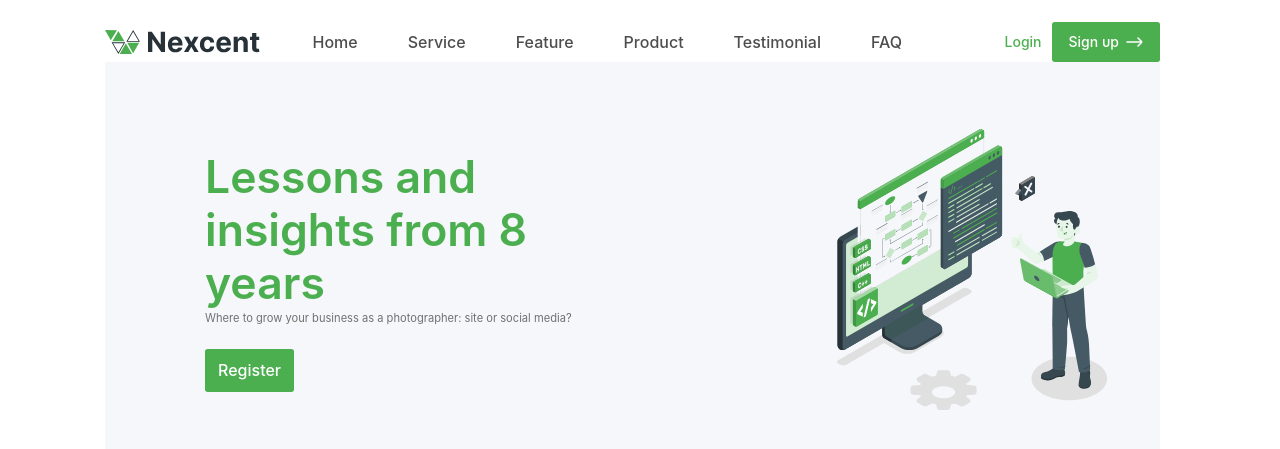
Repository: kubrazamanova/Folder4
Page: homePage/index.html
The author's editor kept a copy of each file at every save. The page is drawn from the files as they stood at one save, then again after the next save.
The browser window is 1280 px wide. The pictures show the whole page.

Above is the page before, as saved 2023-11-11 11:44:08.

### homePage/index.html
<!DOCTYPE html>
<html lang="en">
  <head>
    <meta charset="UTF-8" />
    <meta name="viewport" content="width=device-width, initial-scale=1.0" />
    <link rel="stylesheet" href="index.css" />
    <title>Document</title>
  </head>
  <body>

    <div class="container">
      <nav>
        <img src="../images/Logo.svg" alt="">
        <ul>

          <li>
            <a href="#">Home</a>
          </li>

          <li>
            <a href="#">Service</a>
          </li>
          <li>
            <a href="#">Feature</a>
          </li>

          <li>
            <a href="#">Product</a>
          </li>

          <li>
            <a href="#">Testimonial</a>
          </li>

          <li>
            <a href="#">FAQ</a>
          </li>

        </ul>
        <div class="buttons-box">
            <button class="login-btn">
                <a href="">Login</a>
            </button>
            <button class="signup-btn">
                <a href="#">Sign up</a>
                <svg xmlns="http://www.w3.org/2000/svg" width="17" height="10" viewBox="0 0 17 10" fill="none">
                    <path d="M12 9L15.2929 5.70711C15.6834 5.31658 15.6834 4.68342 15.2929 4.29289L12 1M15 5L1 5" stroke="white" stroke-width="1.5" stroke-linecap="round"/>
                    </svg>
            </button>
        </div>
      </nav>

      <div class="box2">
        <div class="left-side">
          <h1>Lessons and insights from 8 years</h1>
          <h2>
            Where to grow your business as a photographer: site or social media?
          </h2>
          <a href="#">Register</a>
        </div>

        <div class="right-side">
          <img src="../images/Illustration.svg" alt="" />
        </div>
      </div>
    </div>
  </body>
</html>

### homePage/index.css
* {
  margin: 0;
  padding: 0;
  box-sizing: border-box;
}

.container {
  min-height: 100vh;
  padding: 22px 120px 96px 105px;
}
.container nav{
  display: flex;
  align-items: center;
justify-content: space-between;
}
.container nav ul {
  display: flex;
  align-items: center;
}

.container nav ul li {
  list-style-type: none;
  margin-right: 50px;
}

.container nav ul li a {
  color: var(--neutral-d-grey, #4d4d4d);
  text-align: center;
  font-family: Inter;
  font-size: 16px;
  font-style: normal;
  font-weight: 500;
  line-height: 24px;
  text-decoration: none;
}

.container nav .buttons-box{
  display: flex;
  align-items: center;
}
.container nav button{
  border: none;
  background: none;
}
.container nav .login-btn a{
  color: var(--brand-primary, #4CAF4F);
text-align: center;
font-feature-settings: 'salt' on, 'clig' off, 'liga' off;

/* Label / Medium Label */
font-family: Inter;
font-size: 14px;
font-style: normal;
font-weight: 500;
line-height: 20px; /* 142.857% */
text-decoration: none;
}
.container nav .signup-btn{
  padding: 10px 17px;
  margin-left: 10px;
  background-color: #4CAF4F;
  display: flex;
  align-items: center;
  border-radius: 2.784px;

}
.container nav .signup-btn a{
  margin-right: 7px;
  color: var(--default-white, #FFF);
text-align: center;
font-feature-settings: 'salt' on, 'clig' off, 'liga' off;

/* Label / Medium Label */
font-family: Inter;
font-size: 14px;
font-style: normal;
font-weight: 500;
line-height: 20px; /* 142.857% */
text-decoration: none;
}

.container .box2 {
  display: flex;
  justify-content: space-between;
  align-items: center;
  padding: 66px 52px 66px 100px;
  background: var(--neutral-silver, #f5f7fa);
}

.container .box2 .left-side h1 {
  width: 450px;
  /* display: block;
    margin-top: 111px; */
  color: var(--neutral-d-grey, #4d4d4d);
  font-family: Inter;
  font-size: 44.548px;
  font-style: normal;
  font-weight: 600;
  line-height: 52.901px;
  color: var(--brand-primary, #4caf4f);
  font-family: Inter;
  font-size: 44.548px;
  font-style: normal;
  font-weight: 600;
  line-height: 52.901px;
  align-self: stretch;
}

.container .box2 .left-side h2 {
  /* display: flex;
     margin-bottom: 120px; */
  color: var(--neutral-grey, #717171);
  font-family: Inter;
  font-size: 11.137px;
  font-style: normal;
  font-weight: 400;
  line-height: 16.706px;
  margin-bottom: 22px;
}

.container .box2 .left-side a {
  width: 89px;
  text-decoration: none;
  color: var(--neutral-white, #fff);
  text-align: center;
  font-family: Inter;
  font-size: 16px;
  font-style: normal;
  font-weight: 500;
  line-height: 24px;
  display: flex;
  padding: 9.745px 22.274px;
  justify-content: center;
  align-items: center;
  gap: 6.961px;
  border-radius: 2.784px;
  background: var(--brand-primary, #4caf4f);
}

.container .box2 .right-side img {
  width: 272.163px;
  height: 283.3px;
}

After the next save:
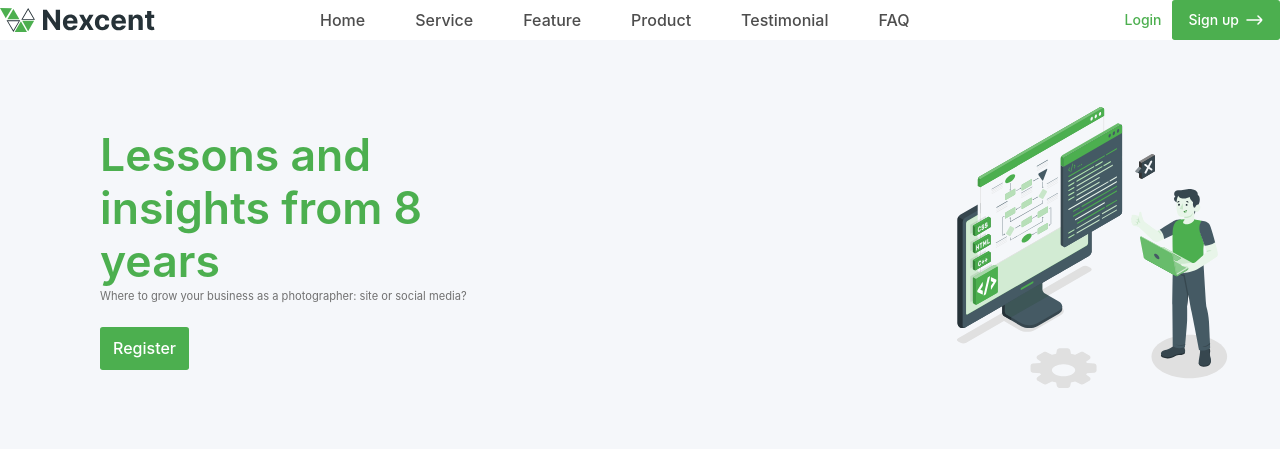
Saved 17 s later.
--- a/homePage/index.css
+++ b/homePage/index.css
@@ -6,7 +6,7 @@
 
 .container {
   min-height: 100vh;
-  padding: 22px 120px 96px 105px;
+  /* padding: 22px 120px 96px 105px; */
 }
 .container nav{
   display: flex;

After the 2 saves that followed:
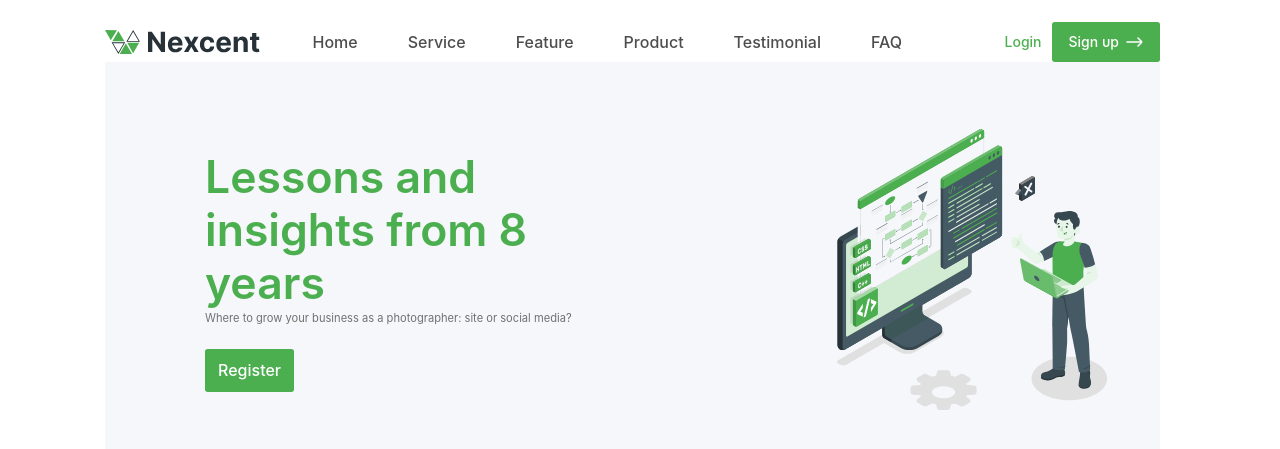
The 2 saves are shown as one change because 1 left the picture as it was.
The last was saved 52 s later.
--- a/homePage/index.css
+++ b/homePage/index.css
@@ -6,7 +6,8 @@
 
 .container {
   min-height: 100vh;
-  /* padding: 22px 120px 96px 105px; */
+
+  padding: 22px 120px 96px 105px;
 }
 .container nav{
   display: flex;
